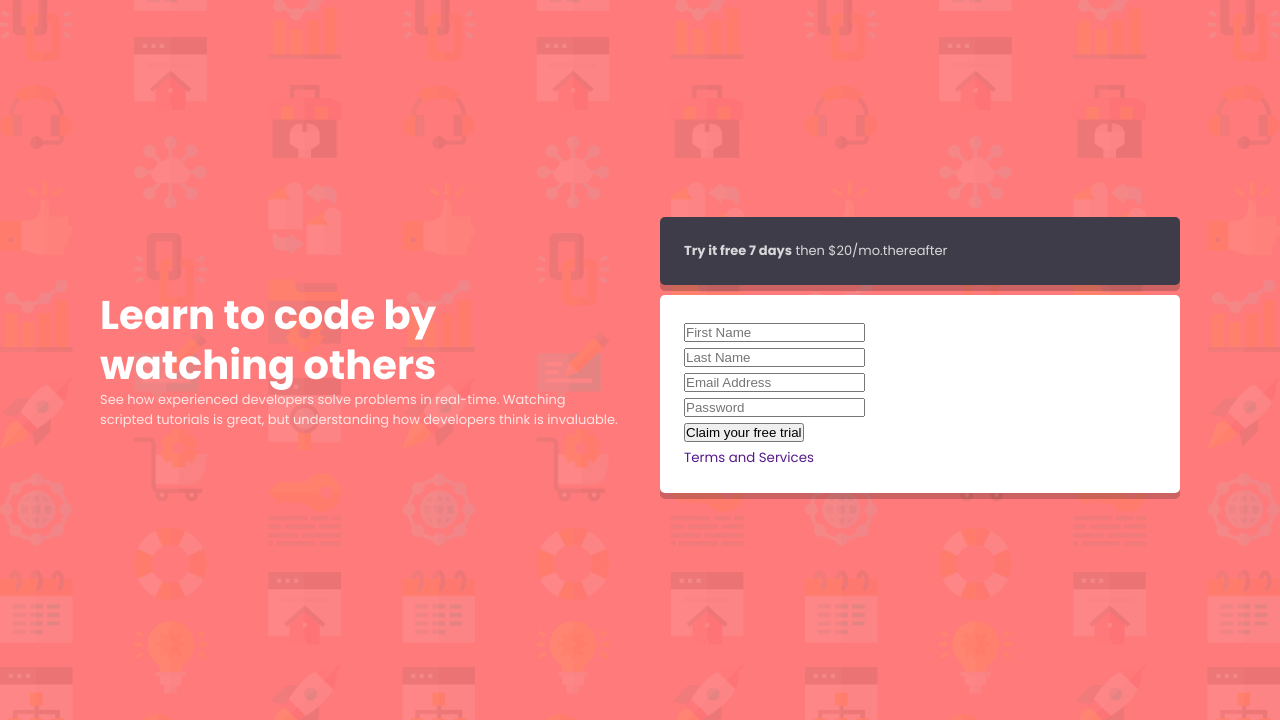
Repository: Akashiii1/WebSignup_Form_Day2
Page: index.html
These files come from the project's save history. The page is drawn as it stood at one moment and after the next save; the edit follows.
The browser window is 1280 px wide. The pictures show the whole page.

Above is the page before, as saved 2021-12-19 16:54:24.

After the next save:
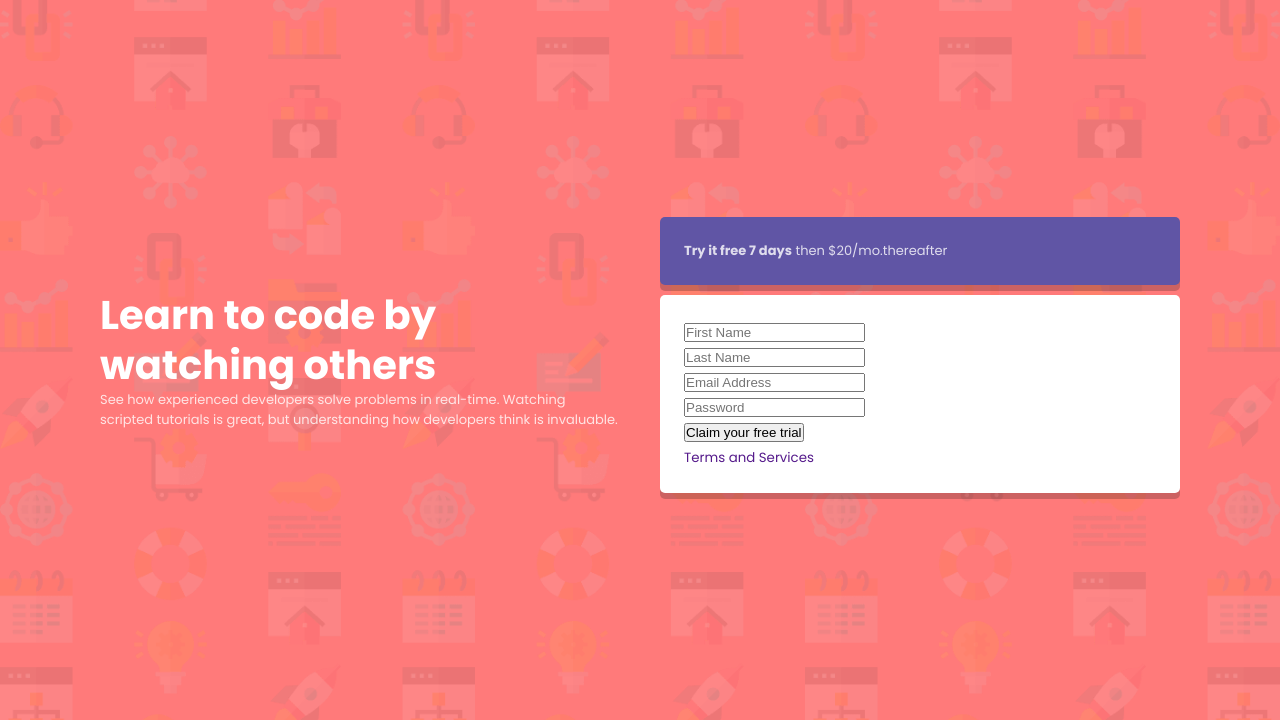
Saved 16 s later.
--- a/style.css
+++ b/style.css
@@ -69,5 +69,5 @@ body{
   padding: 24px;
 }
 .box-blue{
-  background-color: hsl(249, 10%, 26%) ;
+  background-color: hsl(248, 32%, 49%) ;
 }
